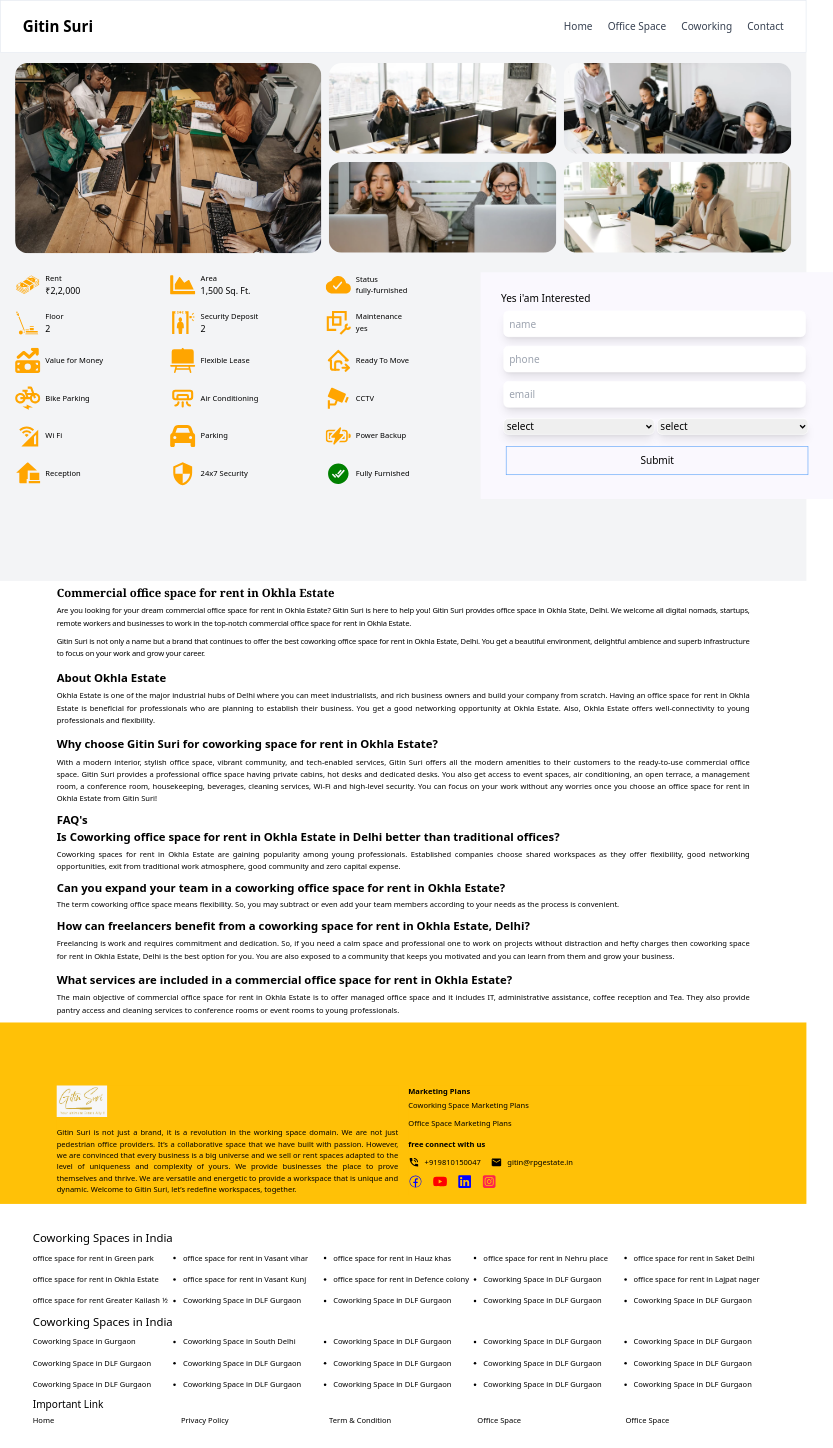
Repository: gitinsuri8268/project
Page: /office-space-for-rent-in-okhla-estate
These files come from the project's save history. The page is drawn as it stood at one moment and after a run of saves; the edit follows.
The browser window is 1280 px wide. The page is 1323 px wide, so the pictures cover 1323 px, including what lies to the right of the window. The pictures show the whole page, at 63% of full size.
The project was rebuilt for these pictures with package versions that can differ from the ones it lists, and the page was loaded fresh each time. The framework's server and built-in components were replaced by stand-ins that run in the browser. Also part of the build but not shown: next.config.mjs, src/components/abc.jsx.

Above is the page before, as saved 2024-09-06 11:44:05.

After the next 2 saves:
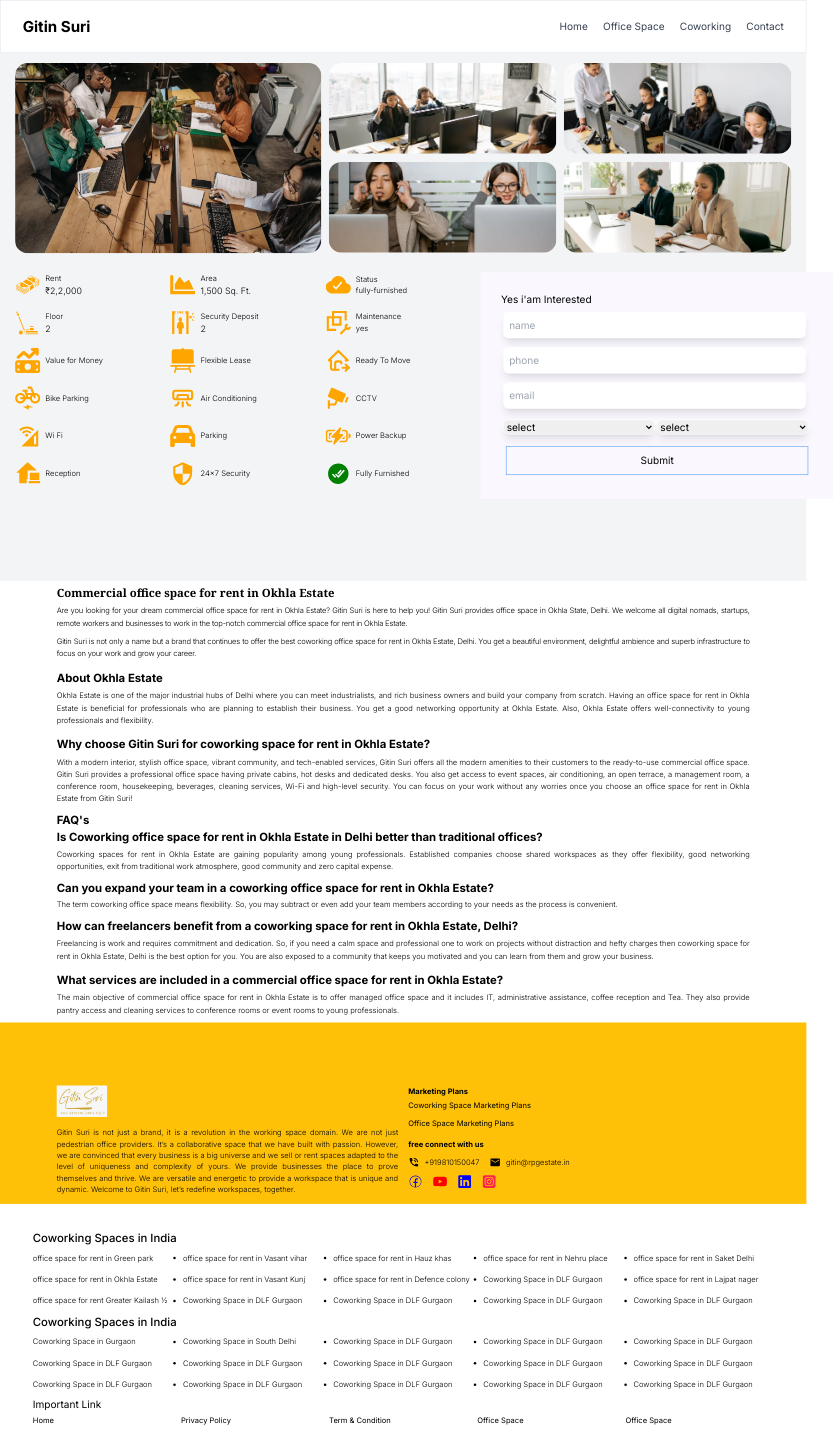
The 2 saves are shown as one change because 1 did not build or start.
The last was saved 2 min 27 s later.
--- a/src/app/layout.js
+++ b/src/app/layout.js
@@ -1,6 +1,6 @@
 import { Inter } from "next/font/google";
 import "./globals.css";
-
+const inter = Inter({ subsets: ["latin"] });
 export const metadata = {
   title: "Create Next App",
   description: "Generated by create next app",
@@ -9,7 +9,7 @@
 export default function RootLayout({ children }) {
   return (
     <html lang="en" >
-      <body className= {Inter.className} >{children}
+      <body className= {inter.className} >{children}
 
       </body>
     </html>
